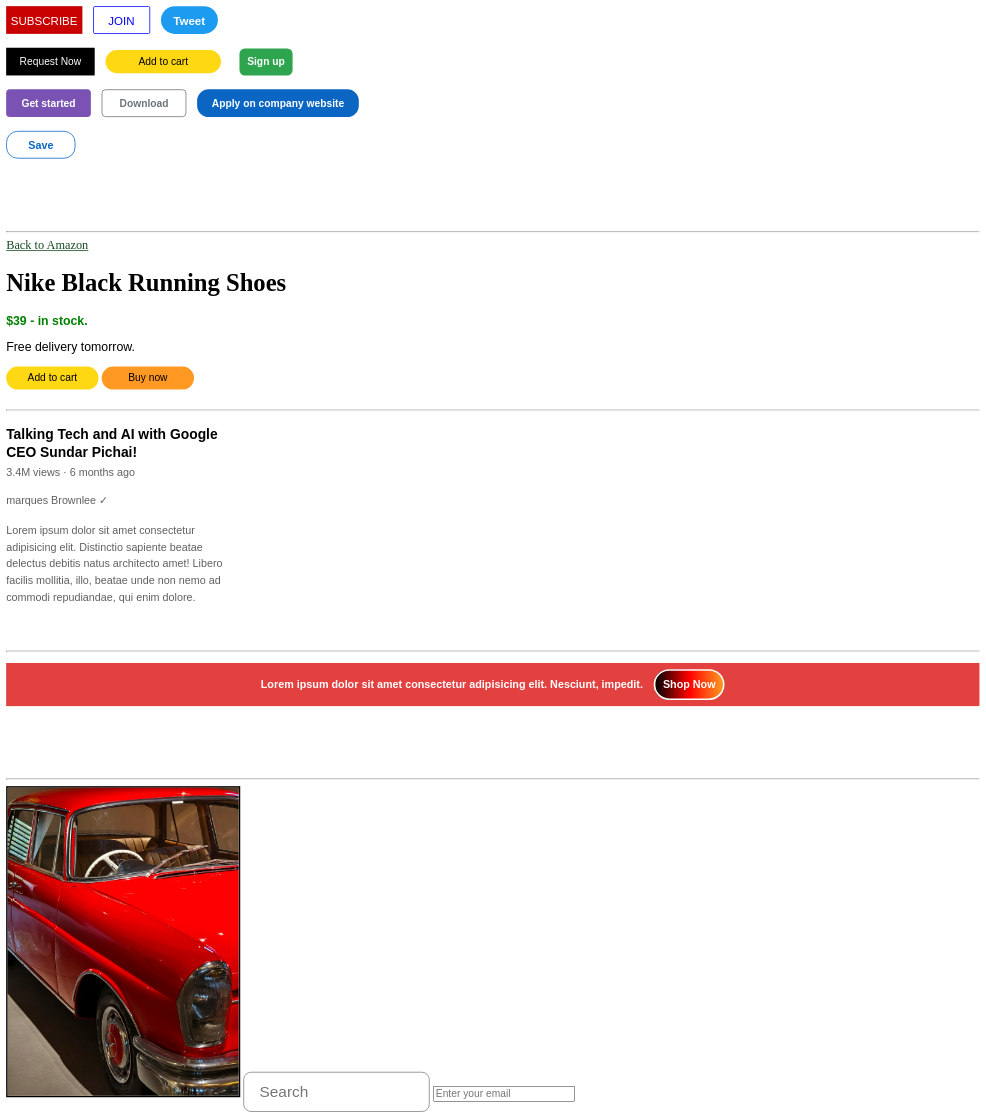
Repository: Yeyolive/WebDev_Collab_2025
Page: Basic_Projects/HTML-CSS course/into-to-html/index.html
An editor plug-in stored every save of this project. The page is shown before and after the next save, followed by the edit.
The browser window is 1280 px wide. The pictures show the whole page, at 77% of full size.

Above is the page before, as saved 2025-11-23 23:20:07.

### Basic_Projects/HTML-CSS course/into-to-html/index.html
<!DOCTYPE html>
<html lang="en">
  <head>
    <meta charset="UTF-8" />
    <meta http-equiv="X-UA-Compatible" content="IE=edge" />
    <!-- Ensures compatibility with Internet Explorer -->
    <meta name="viewport" content="width=device-width, initial-scale=1.0" />
    <title>HTML-CSS Course</title>
    <link rel="stylesheet" href="styles.css" />
  </head>

  <body>
    <!-- Buttons section-->
    <button class="subscribe">SUBSCRIBE</button>

    <button class="join">JOIN</button>

    <button class="tweet">Tweet</button>
    <br /><br />
    <button class="uber">Request Now</button>

    <button class="Amazon">Add to cart</button>

    <button class="Github">Sign up</button>
    <br /><br />
    <button class="Bootstrap-1">Get started</button>
    <button class="Bootstrap-2">Download</button>

    <button class="Linkedin-1">Apply on company website</button>
    <br /><br />
    <button class="Linkedin-2">Save</button>
    <br /><br /><br />
    <hr />
    <a href="#">Back to Amazon</a>
    <br />
    <h1>Nike Black Running Shoes</h1>
    <p class="price">$39 - in stock.</p>

    <p>Free delivery tomorrow.</p>

    <button class="Amazon-1">Add to cart</button>
    <button class="Amazon-2">Buy now</button>
    <br /><br />
    <hr />
    <!-- Texts section-->
    <p class="video-title">
      Talking Tech and AI with Google CEO Sundar Pichai!
    </p>

    <p class="video-stats">3.4M views &#183; 6 months ago</p>
    <p class="video-author">marques Brownlee &#10003;</p>
    <p class="video-description">
      Lorem ipsum dolor sit amet consectetur adipisicing elit. Distinctio
      sapiente beatae delectus debitis natus architecto amet! Libero facilis
      mollitia, illo, beatae unde non nemo ad commodi repudiandae, qui enim
      dolore.
    </p>
    <br /><br />
    <hr />
    <p class="apple-text">
      Lorem ipsum dolor sit amet consectetur adipisicing elit. Nesciunt,
      impedit. <span class="span-example">Shop Now</span>
    </p>
    <br /><br />
    <hr />
    <!-- Images -->
    <img src="images/pexels-fx-ambro-436492281-34879476.jpg" alt="Car" />

    <input class="search-bar" type="text" placeholder="Search" />

    <input type="email" placeholder="Enter your email" />
  </body>
</html>

### Basic_Projects/HTML-CSS course/into-to-html/styles.css
/* === buttons === */
.subscribe {
  border: none;
  height: 36px;
  background: rgb(200, 0, 0);
  color: white;
  font-size: 15px;
  cursor: pointer;
  margin-right: 10px;
  transition: opacity 0.3s;
}

.subscribe:hover {
  opacity: 0.7;
}

.subscribe:active {
  opacity: 0.6;
}

.join {
  border: 1px solid blue;
  height: 36px;
  width: 74px;
  color: blue;
  font-size: 15px;
  background: white;
  border-radius: 2px;
  cursor: pointer;
  margin-right: 10px;
  transition: background-color 0.4s, color 0.4s;
}

.join:hover {
  background: blue;
  color: white;
}

.join:active {
  opacity: 0.7;
}

.tweet {
  border: none;
  border-radius: 18px;
  height: 36px;
  width: 74px;
  background: #1d9bf0;
  color: white;
  cursor: pointer;
  font-weight: bold;
  font-size: 15px;
  transition: background-color 0.4s, color 0.4s;
}

.tweet:hover {
  box-shadow: 5px 5px 10px rgba(0, 0, 0, 0.414);
}

.uber {
  background: black;
  color: white;
  border: none;
  height: 36px;
  width: 115px;
  cursor: pointer;
  transition: background-color 0.4s, color 0.4s;
}

.uber:hover {
  opacity: 0.7;
}

.Amazon {
  background: rgb(255, 216, 20);
  color: rgb(0, 0, 0);
  border: none;
  border-radius: 18px;
  height: 30px;
  width: 150px;
  margin-left: 10px;
  margin-right: 10px;
  cursor: pointer;
  transition: background-color 0.4s, color 0.4s;
}

.Amazon:hover {
  background: rgb(255, 153, 36);
}

.Github {
  background: rgb(46, 164, 79);
  color: white;
  border: none;
  padding-left: 10px;
  padding-right: 10px;
  padding-top: 10px;
  padding-bottom: 10px;
  margin-left: 10px;
  margin-right: 10px;
  border-radius: 7px;
  font-weight: bold;
  cursor: pointer;
  transition: padding 0.15s, margin 0.15s, background-color 0.4s, color 0.4s;
}

.Github:hover {
  background: rgb(36, 124, 59);
  padding-left: 25px;
  padding-right: 25px;
  margin-left: 0px;
  margin-right: 0px;
}

.Bootstrap-1 {
  background: rgb(121, 82, 179);
  color: white;
  border: none;
  border-radius: 5px;
  height: 36px;
  width: 110px;
  font-weight: bold;
  margin-right: 10px;
  cursor: pointer;
  transition: background-color 0.4s, color 0.4s;
}

.Bootstrap-1:hover {
  background: rgb(51, 26, 88);
}
.Bootstrap-2 {
  background: white;
  color: rgb(108, 117, 125);
  font-weight: bold;
  border: 1px solid rgb(108, 117, 125);
  height: 36px;
  width: 110px;
  border-radius: 5px;
  margin-right: 10px;
  cursor: pointer;
  transition: background-color 0.4s, color 0.4s;
}
.Bootstrap-2:hover {
  background: rgb(108, 117, 125);
  color: white;
  width: 130px;
}

.Linkedin-1 {
  background: rgb(10, 102, 194);
  color: white;
  border: none;
  border-radius: 15px;
  font-weight: bold;
  height: 36px;
  width: 210px;
  cursor: pointer;
  transition: background-color 0.4s, color 0.4s;
}

.Linkedin-1:hover {
  background: rgb(6, 61, 116);
}

.Linkedin-2 {
  background: white;
  color: rgb(10, 102, 194);
  font-weight: bold;
  border: 1px solid rgb(10, 102, 194);
  height: 36px;
  width: 90px;
  border-radius: 15px;
  cursor: pointer;
  font-size: 14px;
  margin-bottom: 50px;
  transition: background-color 0.4s, color 0.4s;
}

.Linkedin-2:hover {
  background: rgba(55, 146, 250, 0.307);
  color: rgb(10, 102, 194);
  border: 1px solid rgb(10, 102, 194);
}

a {
  color: rgb(22, 75, 33);
}

a:hover {
  text-decoration: none;
  color: rgb(30, 255, 0);
}

.Amazon-1 {
  background: rgb(255, 216, 20);
  color: rgb(0, 0, 0);
  border: none;
  border-radius: 18px;
  height: 30px;
  width: 120px;
  cursor: pointer;
  transition: background-color 0.4s, color 0.4s;
}
.Amazon-1:hover {
  background: rgb(255, 153, 36);
  margin-right: 20px;
  border-top-right-radius: 25px;
}

.Amazon-2 {
  background: rgb(255, 153, 36);
  color: rgb(0, 0, 0);
  border: none;
  border-radius: 18px;
  height: 30px;
  width: 120px;
  cursor: pointer;
  transition: background-color 0.4s, color 0.4s;
}
.Amazon-2:hover {
  background: rgb(255, 216, 20);
  margin-left: 20px;
  border-top-left-radius: 25px;
  border-bottom-right-radius: 25px;
  font-style: italic;
}

.price {
  color: green;
  font-weight: bold;
}

/* === video ===== */

p {
  font-family: Arial, Helvetica, sans-serif;
}
.video-title {
  font-size: 18px;
  font-weight: bold;
  width: 300px;
  line-height: 24px;
  margin-bottom: 5px;
}

.video-stats {
  font-size: 14px;
  color: rgb(96, 96, 96);
  margin-top: 0;
  margin-bottom: 20px;
}

.video-author {
  font-size: 14px;
  color: rgb(96, 96, 96);
  margin-top: 0;
  margin-bottom: 20px;
}

.video-description {
  font-size: 14px;
  color: rgb(96, 96, 96);
  width: 300px;
  line-height: 22px;
  margin-top: 0;
}

.apple-text {
  margin-bottom: 50px;
  font-size: 14px;
  font-weight: bold;
  background-color: rgb(227, 65, 64);
  color: white;
  text-align: center;
  padding: 20px 10px;
}

.span-example {
  color: rgb(255, 255, 255);
  cursor: pointer;
  margin-left: 10px;
  border: 2px solid rgb(255, 255, 255);
  padding: 10px;
  background: linear-gradient(
    to right,
    rgb(0, 0, 0),
    rgb(255, 1, 1),
    rgb(255, 153, 36)
  );
  border-radius: 20px;
}

.span-example:hover {
  opacity: 0.7;
}

.span-example:active {
  opacity: 0.6;
}

/* === images === */

img {
  width: 300px;
  border: 2px solid black;
  object-fit: cover;
  object-position: center;
}

.search-bar {
  width: 200px;
  height: 30px;
  margin-top: 20px;
  font-size: 20px;
  padding: 10px 20px;
  border: 1px solid grey;
  border-radius: 10px;
}

After the next save:
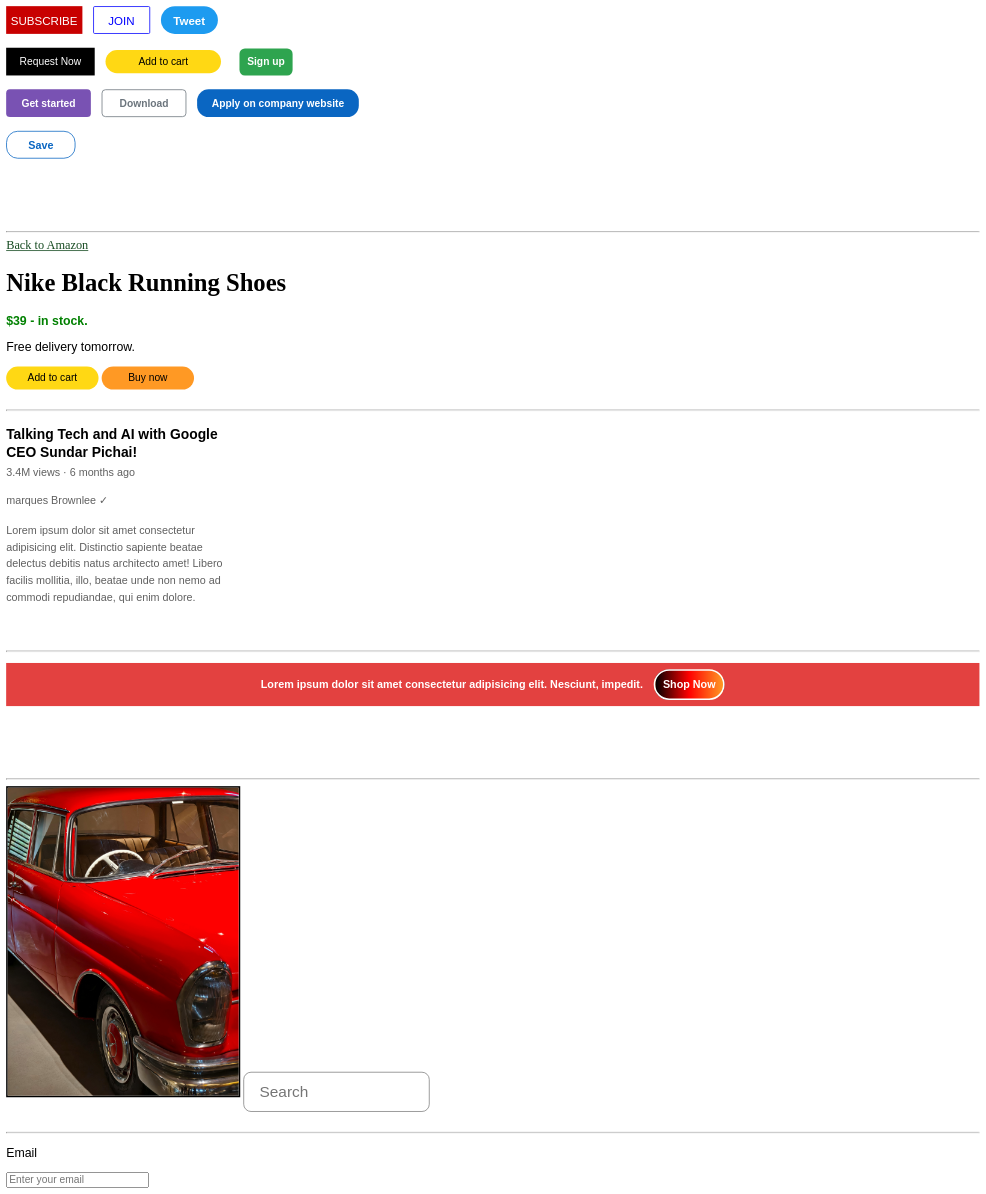
Saved 63 s later.
--- a/Basic_Projects/HTML-CSS course/into-to-html/index.html
+++ b/Basic_Projects/HTML-CSS course/into-to-html/index.html
@@ -67,7 +67,10 @@
     <img src="images/pexels-fx-ambro-436492281-34879476.jpg" alt="Car" />
 
     <input class="search-bar" type="text" placeholder="Search" />
-
-    <input type="email" placeholder="Enter your email" />
+    <br /><br />
+    <hr />
+    <!-- Input field -->
+    <p>Email</p>
+    <input class="email-input" type="email" placeholder="Enter your email" />
   </body>
 </html>
